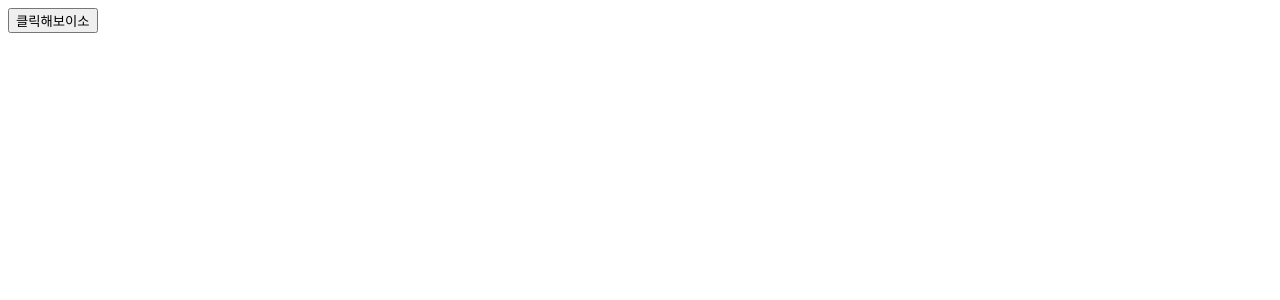
Repository: siwoo1214/acorn_server
Page: day06Prac/src/main/webapp/책정보여러개가져오기.html
These files come from the project's save history. The page is drawn as it stood at one moment and after the next save; the edit follows.
The browser window is 1280 px wide. The pictures show the whole page.

Above is the page before, as saved 2025-04-07 11:29:15.

### day06Prac/src/main/webapp/책정보여러개가져오기.html
<!DOCTYPE html>
<html>
<head>
<meta charset="UTF-8">
<title>Insert title here</title>
<script src="https://ajax.googleapis.com/ajax/libs/jquery/3.7.0/jquery.min.js"></script>
<style>

</style>
<script>
		function getData(){
			$.ajax({
				type : "get",
				url : "/day06Prac/booklist",
				success : function(data){
					let result = document.getElementById("result");
					console.log(result)
					console.log(data);

					let para ="<ul>";
					console.log(data.length);
					for(let i=0; i<data.length; i++){
						let books = data[i];
						console.log("hello")

						para+="<li>"+books.name+" "+books.price+" "+books.author+" "+books.publisher+"</li>";
					}
						para+="</ul>";
						result.innerHTML+=para;
				},
				error : function(err){
					console.log(err);
				}
			})
		}
	</script>
</head>
<body>
	<div id="result"></div>
	<button onclick="getData()">클릭해보이소</button>
</body>
</html>

After the next save:
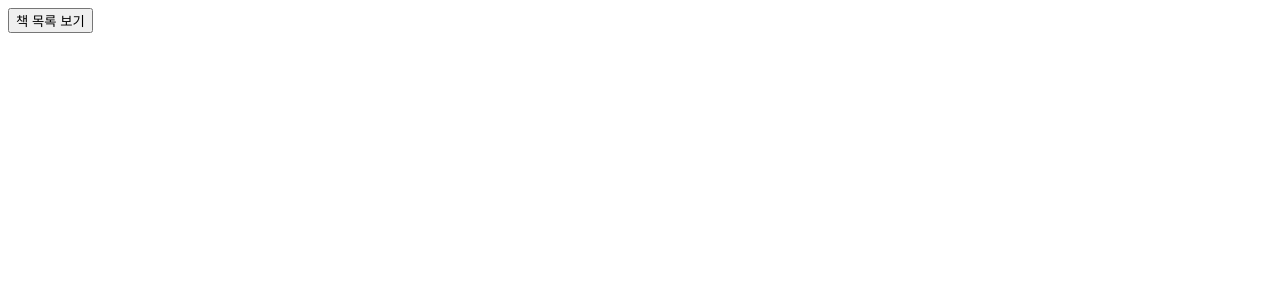
Saved 2 min 21 s later.
--- a/day06Prac/src/main/webapp/책정보여러개가져오기.html
+++ b/day06Prac/src/main/webapp/책정보여러개가져오기.html
@@ -2,41 +2,40 @@
 <html>
 <head>
 <meta charset="UTF-8">
-<title>Insert title here</title>
+<title>책 목록</title>
 <script src="https://ajax.googleapis.com/ajax/libs/jquery/3.7.0/jquery.min.js"></script>
-<style>
+<script>
+	function getData(){
+		$.ajax({
+			type : "get",
+			url : "/day06Prac/booklist",
+			success : function(data){
+				let result = document.getElementById("result");
+				result.innerHTML = ""; // 이전 내용 초기화 (선택사항)
 
-</style>
-<script>
-		function getData(){
-			$.ajax({
-				type : "get",
-				url : "/day06Prac/booklist",
-				success : function(data){
-					let result = document.getElementById("result");
-					console.log(result)
-					console.log(data);
+				let para = "<ul>"; // ✅ 올바르게 초기화
+				for(let i=0; i<data.length; i++){
+					let books = data[i];
+					para += "<li>"
+						+ books.name + " | "
+						+ books.price + "원 | "
+						+ books.author + " | "
+						+ books.publisher
+						+ "</li>";
+				}
+				para += "</ul>";
 
-					let para ="<ul>";
-					console.log(data.length);
-					for(let i=0; i<data.length; i++){
-						let books = data[i];
-						console.log("hello")
-
-						para+="<li>"+books.name+" "+books.price+" "+books.author+" "+books.publisher+"</li>";
-					}
-						para+="</ul>";
-						result.innerHTML+=para;
-				},
-				error : function(err){
-					console.log(err);
-				}
-			})
-		}
-	</script>
+				result.innerHTML += para;
+			},
+			error : function(err){
+				console.log("에러 발생:", err);
+			}
+		});
+	}
+</script>
 </head>
 <body>
 	<div id="result"></div>
-	<button onclick="getData()">클릭해보이소</button>
+	<button onclick="getData()">책 목록 보기</button>
 </body>
 </html>

After the 3 saves that followed:
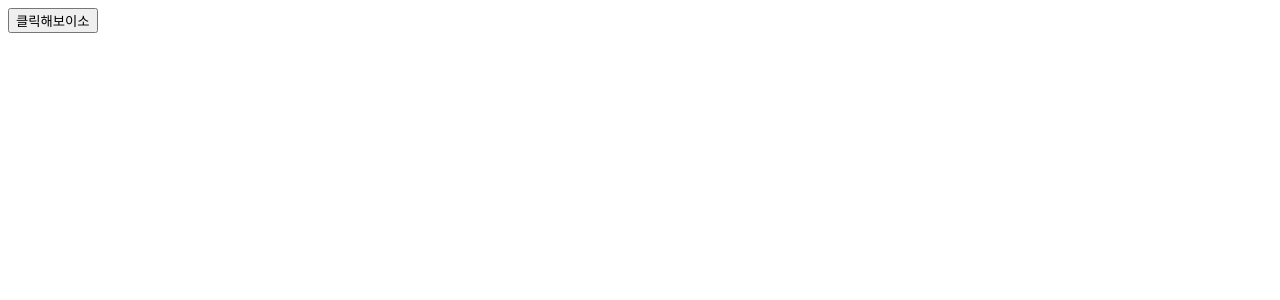
The 3 saves are shown as one change because 2 left the picture as it was.
The last was saved 4 min 13 s later.
--- a/day06Prac/src/main/webapp/책정보여러개가져오기.html
+++ b/day06Prac/src/main/webapp/책정보여러개가져오기.html
@@ -2,40 +2,41 @@
 <html>
 <head>
 <meta charset="UTF-8">
-<title>책 목록</title>
+<title>Insert title here</title>
 <script src="https://ajax.googleapis.com/ajax/libs/jquery/3.7.0/jquery.min.js"></script>
+<style>
+
+</style>
 <script>
-	function getData(){
-		$.ajax({
-			type : "get",
-			url : "/day06Prac/booklist",
-			success : function(data){
-				let result = document.getElementById("result");
-				result.innerHTML = ""; // 이전 내용 초기화 (선택사항)
+		function getData(){
+			$.ajax({
+				type : "get",
+				url : "/day06Prac/booklist",
+				success : function(data){
+					let result = document.getElementById("result");
+					console.log(result)
+					console.log(data);
 
-				let para = "<ul>"; // ✅ 올바르게 초기화
-				for(let i=0; i<data.length; i++){
-					let books = data[i];
-					para += "<li>"
-						+ books.name + " | "
-						+ books.price + "원 | "
-						+ books.author + " | "
-						+ books.publisher
-						+ "</li>";
+					let para ="<ul>";
+					console.log(data.length);
+					for(let i=0; i<data.length; i++){
+						let books = data[i];
+						console.log("hello")
+
+						para+="<li>"+books.name+" "+books.price+" "+books.author+" "+books.publisher+"</li>";
+					}
+						para+="</ul>";
+						result.innerHTML+=para;
+				},
+				error : function(err){
+					console.log(err);
 				}
-				para += "</ul>";
-
-				result.innerHTML += para;
-			},
-			error : function(err){
-				console.log("에러 발생:", err);
-			}
-		});
-	}
-</script>
+			})
+		}
+	</script>
 </head>
 <body>
 	<div id="result"></div>
-	<button onclick="getData()">책 목록 보기</button>
+	<button onclick="getData()">클릭해보이소</button>
 </body>
 </html>
